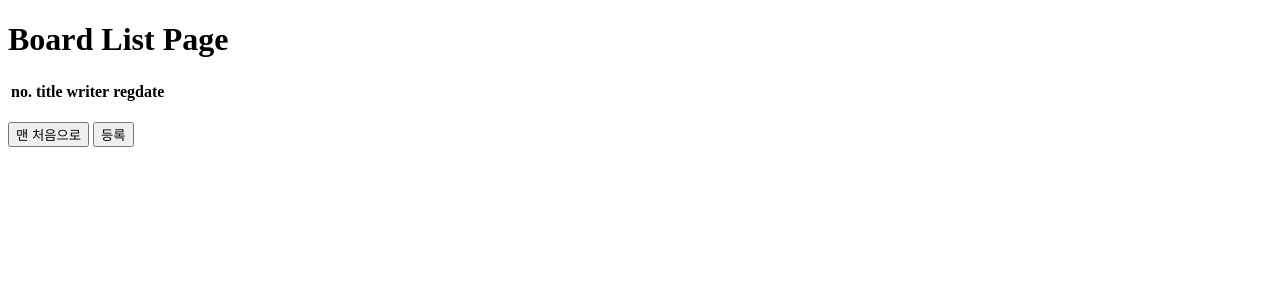
Repository: Umc404/jsp
Page: http://localhost/jsp_study/brd/list
These files come from the project's save history. The page is drawn as it stood at one moment and after the next save; the edit follows.
The browser window is 1280 px wide. The pictures show the whole page.
The page is served by Tomcat 9. Other server files are loaded and not shown. Queries for data that is not in the repository find no rows.

Above is the page before, as saved 2024-10-24 02:46:30.

### jsp_study/src/main/webapp/board/list.jsp
<%@ page language="java" contentType="text/html; charset=UTF-8"
    pageEncoding="UTF-8"%>
    <%@ taglib uri="http://java.sun.com/jsp/jstl/core" prefix="c" %>
<!DOCTYPE html>
<html>
<head>
<meta charset="UTF-8">
<title>Insert title here</title>
</head>
<body>
	<h1>Board List Page</h1>
	<table>
		<thead>
			<tr>
				<th>no.</th>
				<th>title</th>
				<th>writer</th>
				<th>regdate</th>
			</tr>
		</thead>
		<tbody>
			<c:forEach items="${list }" var="bvo">
				<tr>
					<td>${bvo.bno }</td>
					<td><a href="/brd/detail?bno=${bvo.bno }">${bvo.title }</a></td>
					<td>${bvo.writer }</td>
					<td>${bvo.regdate }</td>
				</tr>
			</c:forEach>
		</tbody>
	</table>
	<br>
	<a href="../"><button type="button">맨 처음으로</button></a>
	<a href="/brd/register"><button type="button">등록</button></a>
</body>
</html>

### jsp_study/src/main/java/controller/BoardController.java
package controller;

import java.io.IOException;
import java.util.List;

import javax.servlet.RequestDispatcher;
import javax.servlet.ServletException;
import javax.servlet.annotation.WebServlet;
import javax.servlet.http.HttpServlet;
import javax.servlet.http.HttpServletRequest;
import javax.servlet.http.HttpServletResponse;

import org.slf4j.Logger;
import org.slf4j.LoggerFactory;

import domain.BoardVO;
import service.BoardService;
import service.BoardServiceImpl;

@WebServlet("/brd/*")
public class BoardController extends HttpServlet {
	private static final long serialVersionUID = 1L;
    // 로그 객체 생성
	private static final Logger log = LoggerFactory.getLogger(BoardController.class);
	// jsp에서 받은 요청을 처리, 그 결과를 다른 jsp로 보내는 역할을 하는 객체
	private RequestDispatcher rdp;
	private String destPage; 	// 요청에 대한 응답. 응답할 jsp의 주소를 저장하는 변수
	private int isOk;			// db 구문 체크값 저장 변수
	private BoardService bsv;	// interface로 생성


    public BoardController() {
        // 생성자
    	bsv = new BoardServiceImpl();		// class로 생성(service package) bsv 구현체 객체 연결
    }

	protected void service(HttpServletRequest request, HttpServletResponse response) throws ServletException, IOException {
		// 실제 get post 요청 처리
		log.info("log 객체 test");
		System.out.println("sysout console test");

		//request, response 객체의 인코딩 설정
		request.setCharacterEncoding("utf-8");		// 요청 객체
		response.setCharacterEncoding("utf-8");		// 응답 객체
		// response jsp로 갈 응답 객체 => 화면을 생성해서 응답 => jsp 형식으로..
		// contentType="text/html; charset=UTF-8"
		response.setContentType("text/html; charset=UTF-8"); 	// html5 형식으로 보내라.

		String uri = request.getRequestURI();
		log.info(uri);		// brd/register

		String path = uri.substring(uri.lastIndexOf("/")+1);
		log.info(path);

		switch(path) {
		case "register":
			// 정보가 필요하다면... 정보를 DB에서 요청 request 객체에 싣고 보내기
			destPage = "/board/register.jsp";
			break;
		case "insert":
			try {
				log.info("insert case");
				// jsp 화면에서 보내온 파라미터 값을 저장 => Service 전송
				String title = request.getParameter("title");
				String writer = request.getParameter("writer");
				String content = request.getParameter("content");
				BoardVO bvo = new BoardVO(title, writer, content);
				log.info(">>>> bvo insert 객체 >>>> {}", bvo);

				isOk = bsv.register(bvo);
				log.info(">>>> bvo insert "+(isOk>0?"성공":"실패"));

				// 처리 후 목적지
				destPage = "/index.jsp";

			} catch (Exception e) {
				System.out.println("insert error");
				e.printStackTrace();
			}
			break;
		case "list":
			try {
				// 전체 리스트를 가지고 list.jsp 로 전달.
				List<BoardVO> list = bsv.getList();
				log.info(">>> list >>> {}", list);
				// request 객체에 파라미터로 값을 보내는 방법.
				request.setAttribute("list", list);
				destPage = "/board/list.jsp";

			} catch (Exception e) {
				log.info("list error.");
				e.printStackTrace();
			}
			break;
		case "detail": case "modify":
			try {
				int bno = Integer.parseInt(request.getParameter("bno"));
				BoardVO bvo = bsv.getDetail(bno);
				log.info(">>>> detail bvo >> {}",bvo);
				request.setAttribute("bvo", bvo);
//				if(path.equals("detail")) {
//					destPage = "/board/detail.jsp";
//				} else {
//					destPage = "/board/modify.jsp";
//				}
				destPage = "/board/" + path + ".jsp";
			} catch (Exception e) {
				log.info("detail error.");
				e.printStackTrace();
			}
			break;
		case "update":
			try {
				int bno = Integer.parseInt(request.getParameter("bno"));
				String title = request.getParameter("title");
				String content = request.getParameter("content");
				BoardVO bvo = new BoardVO(bno, title, content);
				log.info(">>>>>>>> bvo {}",bvo);
				int isOk = bsv.update(bvo);
				log.info(">>>> update >>>"+(isOk>0?"성공":"실패"));
				// 컨트롤러 내부 케이스는 /brd/ 따로 적을 필요가 없음.
				destPage = "detail";
			} catch (Exception e) {
				log.info("update error");
				e.printStackTrace();
			}
			break;
		case "delete":
			try {
				int bno = Integer.parseInt(request.getParameter("bno"));
				BoardVO bvo = new BoardVO(bno);
				int isOk = bsv.delete(bvo);
				log.info(">>>> delete >>>"+(isOk>0?"성공":"실패"));
				destPage = "list";
			} catch (Exception e) {
				log.info("delete error");
				e.printStackTrace();
			}
		}
		// 목적지 주소(destPage)로 데이터를 전달(RequestDispatcher)
		rdp = request.getRequestDispatcher(destPage);
		// 요청에 필요한 객체를 가지고 destPage에 적힌 경로로 이동.
		rdp.forward(request, response);
	}


	protected void doGet(HttpServletRequest request, HttpServletResponse response) throws ServletException, IOException {
		// get으로 들어오는 요청을 처리하는 메서드
		service(request, response);
	}

	protected void doPost(HttpServletRequest request, HttpServletResponse response) throws ServletException, IOException {
		// post로 들어오는 요청을 처리하는 메서드 => service를 호출하여 처리
		service(request, response);
	}

}

### jsp_study/src/main/java/service/BoardServiceImpl.java
package service;

import java.util.List;

import org.slf4j.Logger;
import org.slf4j.LoggerFactory;

import dao.BoardDAO;
import dao.BoardDAOImpl;
import domain.BoardVO;

public class BoardServiceImpl implements BoardService {
	private static final Logger log = LoggerFactory.getLogger(BoardServiceImpl.class);
	// dao 연결
	private BoardDAO bdao;

	public BoardServiceImpl() {
		bdao = new BoardDAOImpl();
	}

	@Override
	public int register(BoardVO bvo) {
		log.info("register service in");
		return bdao.insert(bvo);
	}

	@Override
	public List<BoardVO> getList() {

		return bdao.getList();
	}

	@Override
	public BoardVO getDetail(int bno) {
//		log.info("register service in");
		return bdao.getDetail(bno);
	}

	@Override
	public int update(BoardVO bvo) {
//		log.info("register service in");
		return bdao.update(bvo);
	}

	@Override
	public int delete(BoardVO bvo) {
		// TODO Auto-generated method stub
		return bdao.delete(bvo);
	}
}

### jsp_study/src/main/java/dao/BoardDAO.java
package dao;

import java.util.List;

import domain.BoardVO;

public interface BoardDAO {

	int insert(BoardVO bvo);

	List<BoardVO> getList();

	BoardVO getDetail(int bno);

	int update(BoardVO bvo);

	int delete(BoardVO bvo);

}

### jsp_study/src/main/java/dao/BoardDAOImpl.java
package dao;

import java.util.List;

import org.apache.ibatis.session.SqlSession;
import org.slf4j.Logger;
import org.slf4j.LoggerFactory;

import domain.BoardVO;
import orm.DatabaseBuilder;


public class BoardDAOImpl implements BoardDAO {
	private static final Logger log = LoggerFactory.getLogger(BoardDAOImpl.class);
	// DB와 연결 => mybatis 사용하여 연결 (mybaticConfig, db연결 클래스, mapper)

	// DB의 연결을 위한 객체
	private SqlSession sql;

	public BoardDAOImpl() {
		new DatabaseBuilder();
		sql = DatabaseBuilder.getFactory().openSession();
	}

	@Override
	public int insert(BoardVO bvo) {
		// mapper로 연결
		log.info(">>>> insert DAO in.");

		// sql.insert(mapper의 namespace.id, 객체);
		// insert / update / delete 구문은 commit 필요
		int isOk = sql.insert("BoardMapper.add",bvo);
		if(isOk > 0) {
			sql.commit();
		}
		return isOk;
	}

	@Override
	public List<BoardVO> getList() {
		log.info(">>>> getList DAO in.");
		return sql.selectList("BoardMapper.list");
	}

	@Override
	public BoardVO getDetail(int bno) {
		log.info(">>>> getDetail DAO in");
		return sql.selectOne("BoardMapper.detail", bno);
	}

	@Override
	public int update(BoardVO bvo) {
		log.info(">>>> update DAO in");
		int isOk = sql.update("BoardMapper.up",bvo);
		if(isOk>0) {sql.commit(); }
		return 0;
	}

	@Override
	public int delete(BoardVO bvo) {
		log.info(">>>> delete DAO in");
		int isOk = sql.delete("BoardMapper.del",bvo);
		if(isOk>0) {sql.commit(); }
		return 0;
	}

}

### jsp_study/src/main/java/orm/DatabaseBuilder.java
package orm;

import org.apache.ibatis.io.Resources;
import org.apache.ibatis.session.SqlSessionFactory;
import org.apache.ibatis.session.SqlSessionFactoryBuilder;

public class DatabaseBuilder {
	private static SqlSessionFactory factory;
	private static final String CONFIG = "orm/mybatisConfig.xml";

	// 초기화 블럭을 사용하여 객체 생성 후 초기화
	static {
		try {
			factory = new SqlSessionFactoryBuilder().build(
					Resources.getResourceAsReader(CONFIG));


		} catch (Exception e) {
			e.printStackTrace();
		}
	}

	public static SqlSessionFactory getFactory() {
		return factory;
	}


















}

### jsp_study/src/main/java/domain/BoardVO.java
package domain;

public class BoardVO {
	private int bno;
	private String title;
	private String writer;
	private String content;
	private String regdate;
	private String moddate;
	private int readCount;

	public BoardVO() {}

	// insert : title, writer, content
	public BoardVO(String title, String writer, String content) {
		this.title = title;
		this.writer = writer;
		this.content = content;
	}

	// list : bno, title, writer, moddate
	public BoardVO(int bno, String title, String writer, String moddate, int readCount) {
		this.bno = bno;
		this.title = title;
		this.writer = writer;
		this.moddate = moddate;
		this.readCount = readCount;
	}

	// update : bno, title, content
	public BoardVO(int bno, String title, String content) {
		this.bno = bno;
		this.title = title;
		this.content = content;
	}

	// detail : all
	public BoardVO(int bno, String title, String writer, String content, String regdate, String moddate, int readCount) {
		this.bno = bno;
		this.title = title;
		this.writer = writer;
		this.content = content;
		this.regdate = regdate;
		this.moddate = moddate;
		this.readCount = readCount+1;
	}
	// delete : bno
	public BoardVO(int bno) {
		this.bno = bno;
	}
	@Override
	public String toString() {
		return "제목 : " + title + "\n작성자 : " + writer +  "\t작성 날짜 : " + regdate+"(최근수정일 : " + moddate + ")"
				+ "내용\n" + content ;
	}

	// getter / setter
	public int getBno() {
		return bno;
	}

	public void setBno(int bno) {
		this.bno = bno;
	}

	public String getTitle() {
		return title;
	}

	public void setTitle(String title) {
		this.title = title;
	}

	public String getWriter() {
		return writer;
	}

	public void setWriter(String writer) {
		this.writer = writer;
	}

	public String getContent() {
		return content;
	}

	public void setContent(String content) {
		this.content = content;
	}

	public String getRegdate() {
		return regdate.substring(0,11);
	}

	public void setRegdate(String regdate) {
		this.regdate = regdate;
	}

	public String getModdate() {
		return moddate.substring(0,11);
	}

	public void setModdate(String moddate) {
		this.moddate = moddate;
	}

	public int getReadCount() {
		return readCount;
	}

	public void setReadCount(int readCount) {
		this.readCount = readCount;
	}

}

### jsp_study/src/main/java/domain/CommentVO.java
package domain;

public class CommentVO {

//			 cno int auto_increment
//			 bno int not null
//			 content varchar(2000)
//			 writer varchar(500) default "unknown"
//			 regdate datetime default now()

	private int cno;
	private int bno;
	private String content;
	private String writer;
	private String regdate;

	public CommentVO() {}

	// 등록 : bno, content, writer
	public CommentVO(int bno, String content, String writer) {
		this.bno = bno;
		this.content = content;
		this.writer = writer;
	}
	// 수정 : cno, content
	public CommentVO(int cno, String content) {
		this.cno = cno;
		this.content = content;
	}
	// 리스트(all)
	public CommentVO(int cno, int bno, String content, String writer, String regdate) {
		this.cno = cno;
		this.bno = bno;
		this.content = content;
		this.writer = writer;
		this.regdate = regdate;
	}



	@Override
	public String toString() {
		return "CommentVO [cno=" + cno + ", bno=" + bno + ", content=" + content + ", writer=" + writer + ", regdate="
				+ regdate + "]";
	}

	// getter / setter
	public int getCno() {
		return cno;
	}

	public void setCno(int cno) {
		this.cno = cno;
	}

	public int getBno() {
		return bno;
	}

	public void setBno(int bno) {
		this.bno = bno;
	}

	public String getContent() {
		return content;
	}

	public void setContent(String content) {
		this.content = content;
	}

	public String getWriter() {
		return writer;
	}

	public void setWriter(String writer) {
		this.writer = writer;
	}

	public String getRegdate() {
		return regdate;
	}

	public void setRegdate(String regdate) {
		this.regdate = regdate;
	}

}

After the next save:
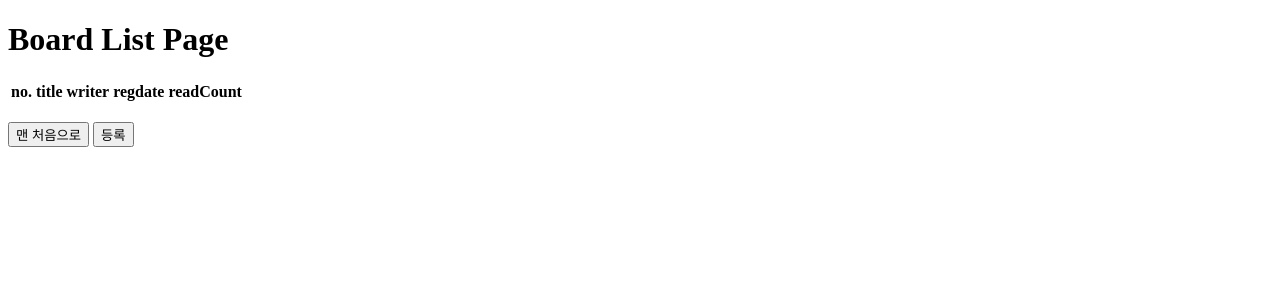
Saved 111 s later.
--- a/jsp_study/src/main/webapp/board/list.jsp
+++ b/jsp_study/src/main/webapp/board/list.jsp
@@ -16,6 +16,7 @@
 				<th>title</th>
 				<th>writer</th>
 				<th>regdate</th>
+				<th>readCount</th>
 			</tr>
 		</thead>
 		<tbody>
